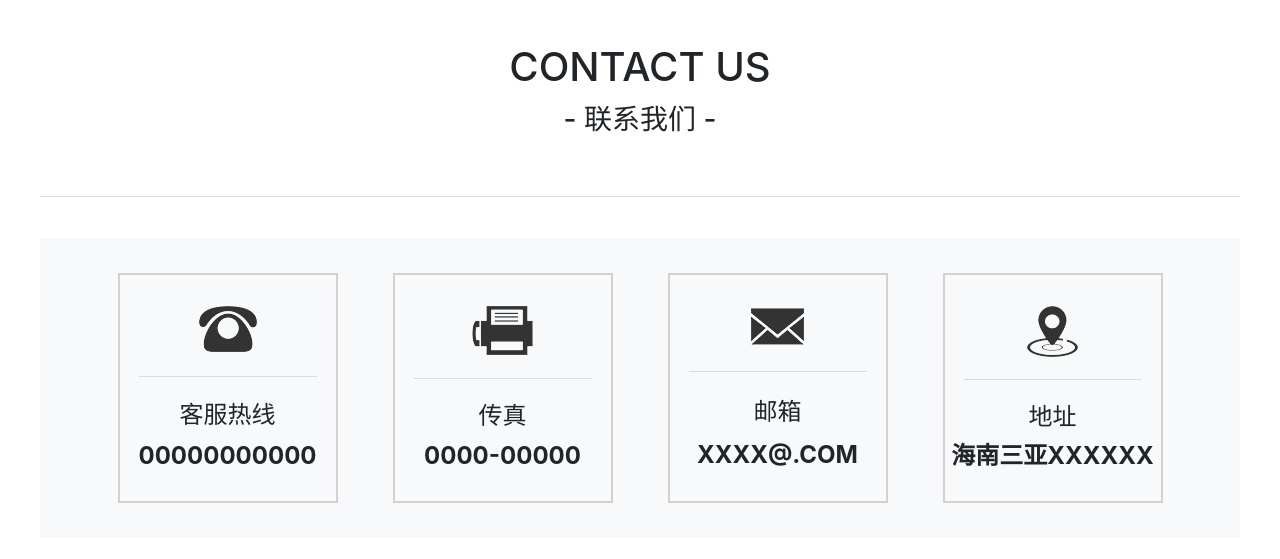
Repository: Noitom/Hadalsnailfish
Page: src/main/resources/static/html/connect.html
The author's editor kept a copy of each file at every save. The page is drawn from the files as they stood at one save, then again after the next save.
The browser window is 1280 px wide. The pictures show the whole page.

Above is the page before, as saved 2021-12-14 15:04:47.

After the next save:
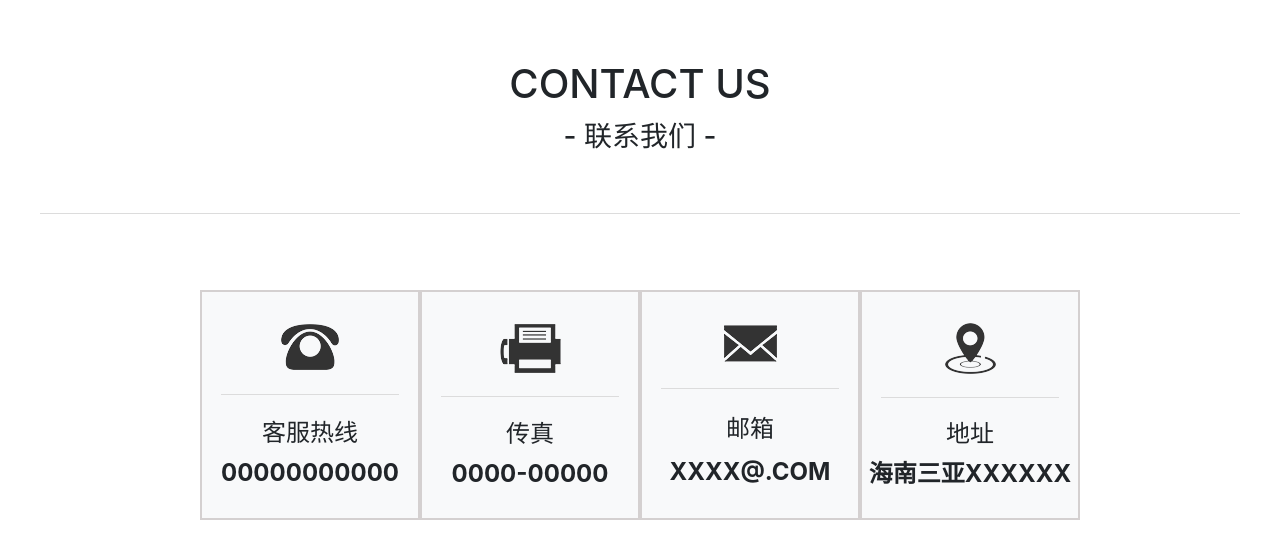
Saved 58 s later.
--- a/src/main/resources/static/html/connect.html
+++ b/src/main/resources/static/html/connect.html
@@ -141,26 +141,26 @@
                     <img src="../img/AD0IhdDxBBAEGAAgv7CfvgUo3Iz0ogYwsAk4AQ.png">
                 </div>
             </div>
-            <div class="d-flex flex-row justify-content-around align-items-center bg-light" style="height: 300px;width: 1200px;padding-left: 50px;padding-right: 50px">
-                <div class="d-flex flex-column justify-content-around align-items-center szy-contact-way bg-light" >
+            <div class="d-flex flex-row justify-content-around align-items-center bg-light">
+                <div class="d-flex flex-column justify-content-around align-items-center szy-contact-way" >
                     <img src="../img/AD0IhdDxBBAEGAAg0bCfvgUo47q5tAMwOjgu.png">
                     <img src="../img/AD0IhdDxBBAEGAAgz7CfvgUowOry3wcwsgE4AQ.png" style="margin-top: 20px;margin-bottom: 20px">
                     <h4>客服热线</h4>
                     <h4><b>00000000000</b></h4>
                 </div>
-                <div class="d-flex flex-column justify-content-around align-items-center szy-contact-way bg-light" >
+                <div class="d-flex flex-column justify-content-around align-items-center szy-contact-way" >
                     <img src="../img/AD0IhdDxBBAEGAAgxrCfvgUo8vC3RzA9ODE.png">
                     <img src="../img/AD0IhdDxBBAEGAAgz7CfvgUowOry3wcwsgE4AQ.png" style="margin-top: 20px;margin-bottom: 20px">
                     <h4>传真</h4>
                     <h4><b>0000-00000</b></h4>
                 </div>
-                <div class="d-flex flex-column justify-content-around align-items-center szy-contact-way bg-light" >
+                <div class="d-flex flex-column justify-content-around align-items-center szy-contact-way" >
                     <img src="../img/AD0IhdDxBBAEGAAgx7CfvgUosLOd0QMwNTgl.png">
                     <img src="../img/AD0IhdDxBBAEGAAgz7CfvgUowOry3wcwsgE4AQ.png" style="margin-top: 20px;margin-bottom: 20px">
                     <h4>邮箱</h4>
                     <h4><b>XXXX@.COM</b></h4>
                 </div>
-                <div class="d-flex flex-column justify-content-around align-items-center szy-contact-way bg-light" >
+                <div class="d-flex flex-column justify-content-around align-items-center szy-contact-way" >
                     <img src="../img/AD0IhdDxBBAEGAAg0LCfvgUo4N3IKjAzODM.png">
                     <img src="../img/AD0IhdDxBBAEGAAgz7CfvgUowOry3wcwsgE4AQ.png" style="margin-top: 20px;margin-bottom: 20px">
                     <h4>地址</h4>

After the save that followed:
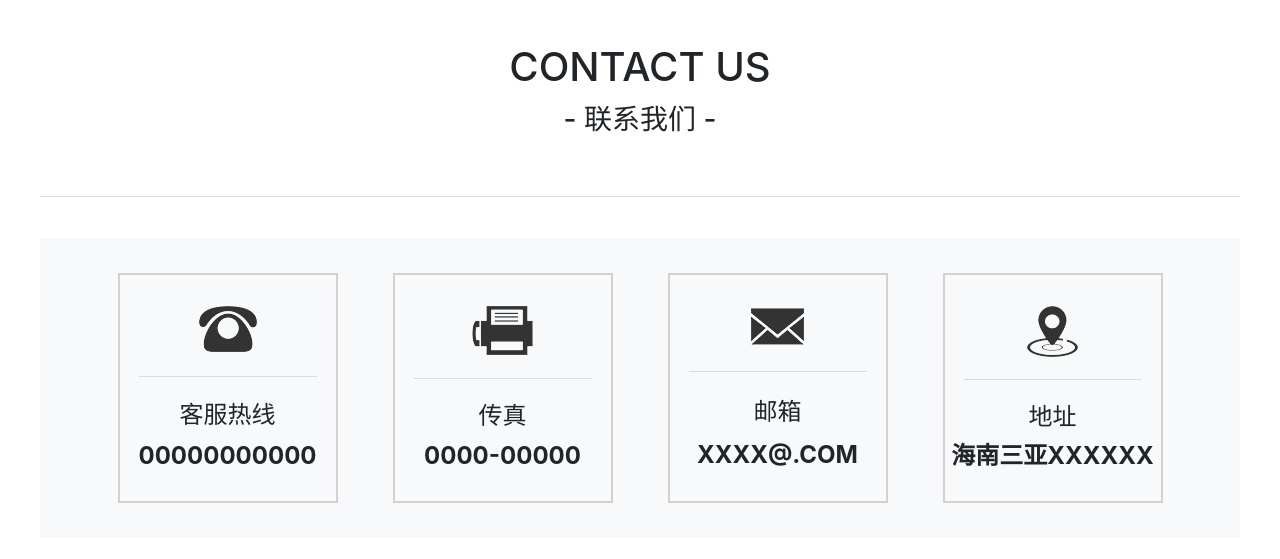
Saved 25 s later.
--- a/src/main/resources/static/html/connect.html
+++ b/src/main/resources/static/html/connect.html
@@ -141,7 +141,7 @@
                     <img src="../img/AD0IhdDxBBAEGAAgv7CfvgUo3Iz0ogYwsAk4AQ.png">
                 </div>
             </div>
-            <div class="d-flex flex-row justify-content-around align-items-center bg-light">
+            <div class="d-flex flex-row justify-content-around align-items-center bg-light" style="height: 300px;width: 1200px;padding-left: 50px;padding-right: 50px">
                 <div class="d-flex flex-column justify-content-around align-items-center szy-contact-way" >
                     <img src="../img/AD0IhdDxBBAEGAAg0bCfvgUo47q5tAMwOjgu.png">
                     <img src="../img/AD0IhdDxBBAEGAAgz7CfvgUowOry3wcwsgE4AQ.png" style="margin-top: 20px;margin-bottom: 20px">
